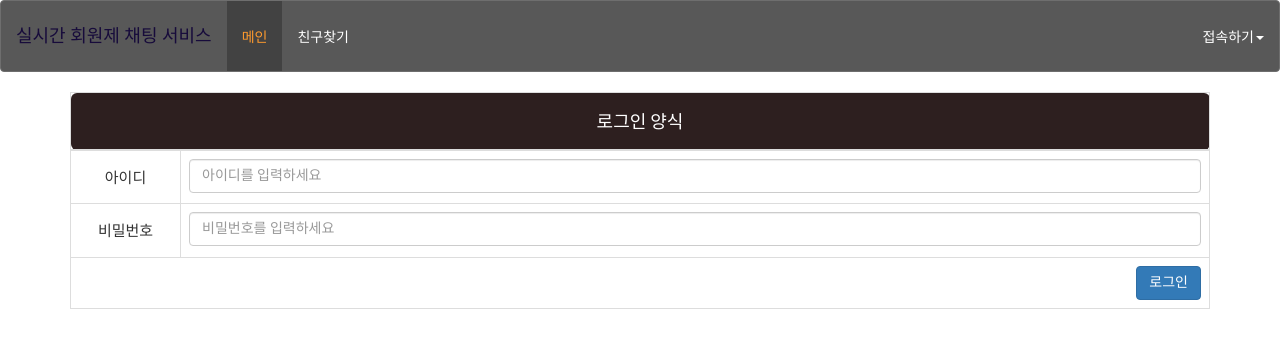
Repository: kkoseunghyun/javaAjaxChat
Page: http://localhost/UserChat/login.jsp
An editor plug-in stored every save of this project. The page is shown before and after the next save, followed by the edit.
The browser window is 1280 px wide. The pictures show the whole page.
The pointer rests on the first visible `.navbar-default .navbar-brand`.
Some web fonts or font styles are not loaded; a fallback is used. Some web libraries are served in a nearby version. The page is served by Tomcat 9.

Above is the page before, as saved 2019-05-30 12:02:25.

After the next save:
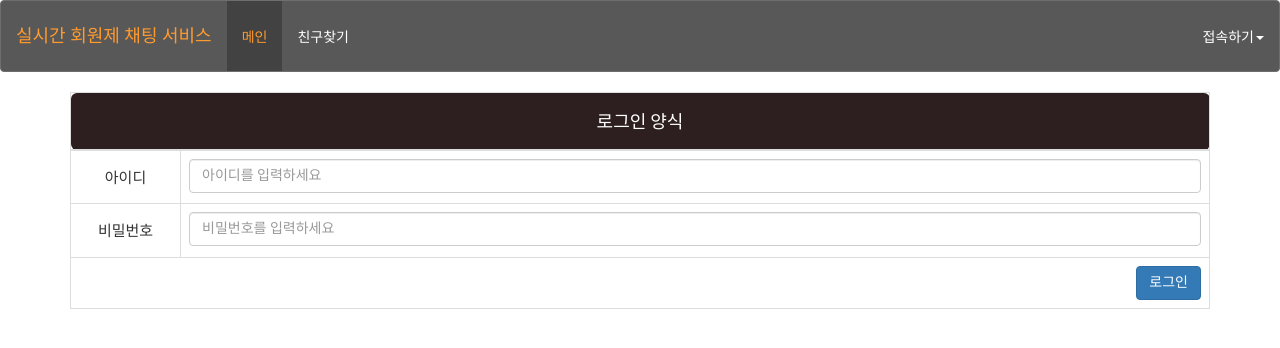
Saved 50 s later.
--- a/JspAjax/UserChat/WebContent/css/custom2.css
+++ b/JspAjax/UserChat/WebContent/css/custom2.css
@@ -28,7 +28,7 @@ a:hover{
 .navbar-default .navbar-brand:hover,
 .navbar-default .navbar-brand:focus{ /*내비게이션 제목에 마우스를 올렸을 때 */
     background-color: transparent;
-    color: #170B3B;
+    color: #FE9A2E;
 }
 .navbar-default .navbar-nav > .active > a,
 .navbar-default .navbar-nav > .active > a:hover,
